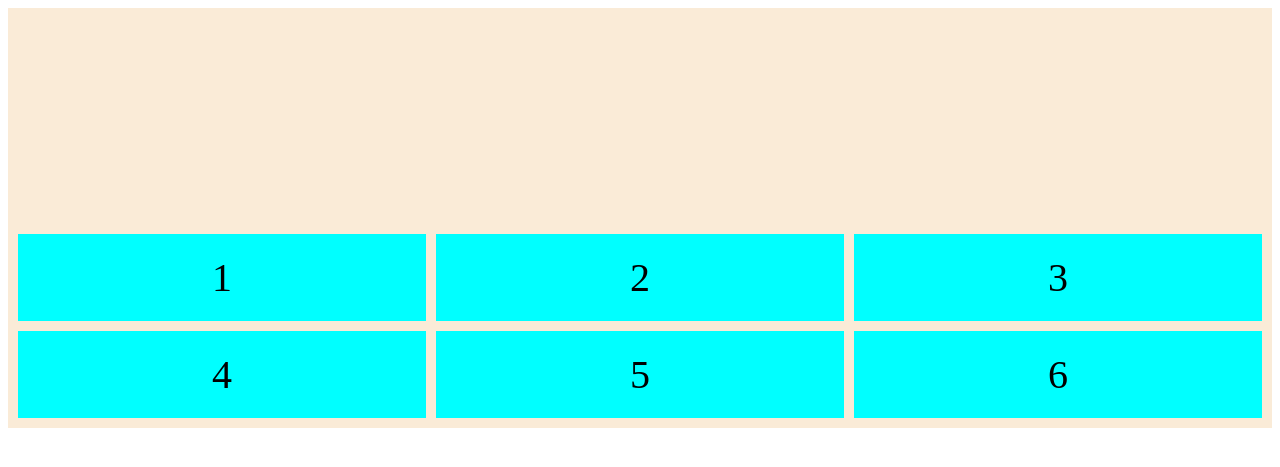
Repository: Thonghehe/Lab1_WEB106
Page: index11.html
These files come from the project's save history. The page is drawn as it stood at one moment and after the next save; the edit follows.
The browser window is 1280 px wide. The pictures show the whole page.

Above is the page before, as saved 2024-03-05 17:52:39.

### index11.html
<!DOCTYPE html>
<html lang="en">

<head>
    <meta charset="UTF-8">
    <meta name="viewport" content="width=device-width, initial-scale=1.0">
    <title>Document</title>
    <link rel="stylesheet" href="./style.css">
</head>

<body>
    <div class="grid-container">
        <div>1</div>
        <div>2</div>
        <div>3</div>
        <div>4</div>
        <div>5</div>
        <div>6</div>
    </div>
</body>

</html>

### style.css
.grid-container {
    display: grid;
    height: 400px;
    align-content: end;
    grid-template-columns: auto auto auto;
    gap: 10px;
    background-color: antiquewhite;
    padding: 10px;
}

.grid-container>div {
    background-color: aqua;
    text-align: center;
    padding: 20px;
    font-size: 40px;
}

After the next save:
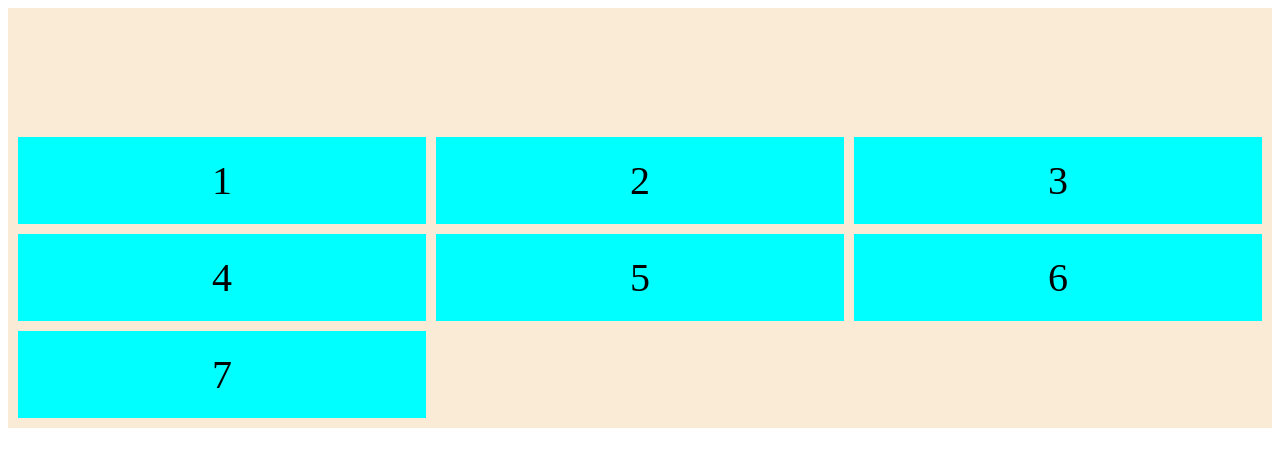
Saved 29 s later.
--- a/index11.html
+++ b/index11.html
@@ -16,6 +16,7 @@
         <div>4</div>
         <div>5</div>
         <div>6</div>
+        <div>7</div>
     </div>
 </body>
 

After the save that followed:
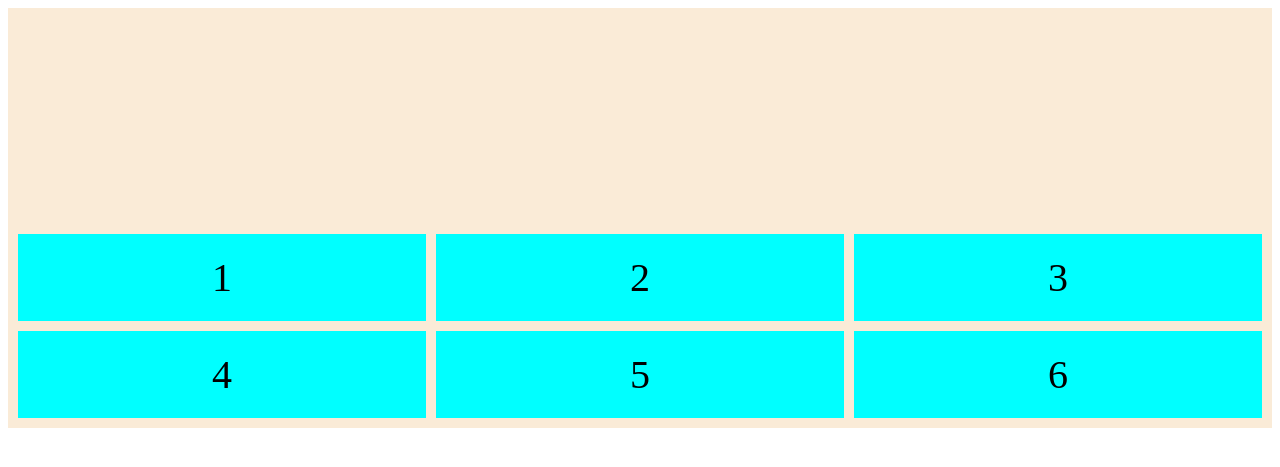
Saved 28 s later.
--- a/index11.html
+++ b/index11.html
@@ -16,7 +16,6 @@
         <div>4</div>
         <div>5</div>
         <div>6</div>
-        <div>7</div>
     </div>
 </body>
 
